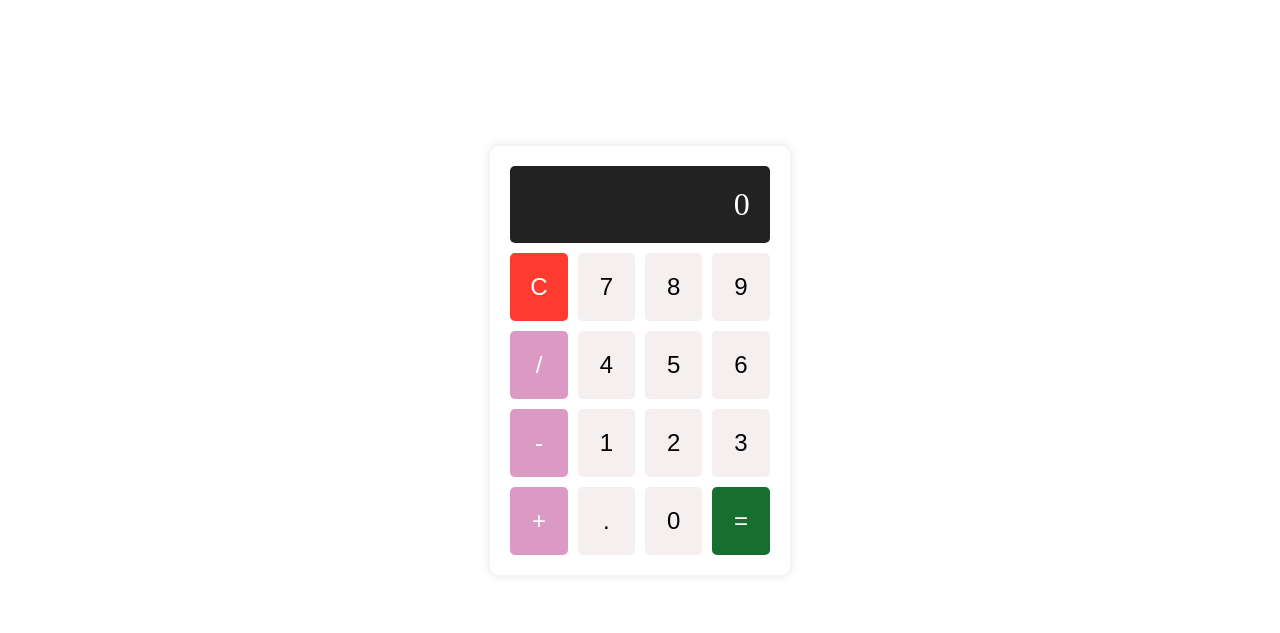
Repository: alizey12/calculator
Page: index.html
An editor plug-in stored every save of this project. The page is shown before and after a run of saves, followed by the edit.
The browser window is 1280 px wide. The pictures show the whole page.

Above is the page before, as saved 2024-11-23 18:50:43.

### index.html
<!DOCTYPE html>
<html lang="en">
<head>
    <meta charset="UTF-8">
    <meta name="viewport" content="width=device-width, initial-scale=1.0">
    <title>Document</title>
    <link rel="stylesheet" href="styles.css">
</head>
<body>
 <div class="calculator">
            <div class="display" id="display">0</div>
            <div class="buttons">


                <button class="btn" id="clear">C</button>
                <button class="btn">7</button>
                <button class="btn">8</button>
                <button class="btn">9</button>
                <button class="btn operator">/</button>
                <button class="btn">4</button>
                <button class="btn">5</button>
                <button class="btn">6</button>
                <button class="btn operator">-</button>
                <button class="btn">1</button>
                <button class="btn">2</button>
                <button class="btn">3</button>
                <button class="btn operator">+</button>
                <button class="btn">.</button>
                <button class="btn">0</button>

                <button class="btn operator" id="equals">=</button>


            </div>
        </div>


    <script src="script.js"></script>
</body>
</html>

### styles.css
body {
    display: flex;
    justify-content: center;
    align-items: center;
    height: 100vh;
    background-color: #ffffff;
    margin: 0;
}

.calculator {
    border: 1px solid #f3f3f3;
    border-radius: 10px;
    padding: 20px;
    background-color: #fff;
    box-shadow: 0 0 10px rgba(0, 0, 0, 0.1);
}

.display {
    font-size: 2em;
    margin-bottom: 10px;
    padding: 20px;
    background-color: #222;
    color: #fff;
    text-align: right;
    border-radius: 5px;
}


.buttons {
    display: grid;
    grid-template-columns: repeat(4, 1fr);
    gap: 10px;
}

.btn {
    padding: 20px;
    font-size: 1.5em;
    border: none;
    border-radius: 5px;
    background-color: #f5efef;
    cursor: pointer;
}

.btn.operator {
    background-color: #da9ac4;
    color: #fff;
}

.btn#clear {
    background-color: #ff3b30;
    color: #fff;
}

.btn#equals {
    background-color: #186e2e;
    color: #fff;
}

Loaded but not shown: script.js (no copy from this time; the picture is the same without it)

After the next 2 saves:
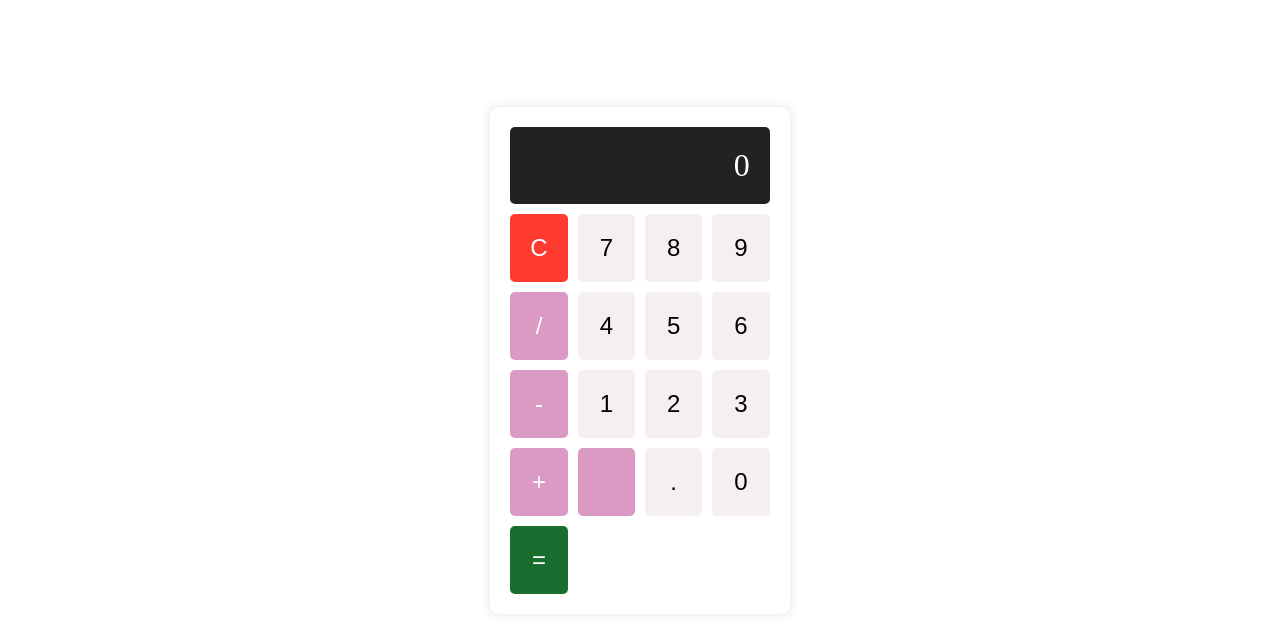
The 2 saves are shown as one change because they came seconds apart.
The last was saved 7 s later.
--- a/index.html
+++ b/index.html
@@ -25,6 +25,7 @@
                 <button class="btn">2</button>
                 <button class="btn">3</button>
                 <button class="btn operator">+</button>
+                <button class="btn operator"></button>
                 <button class="btn">.</button>
                 <button class="btn">0</button>
 
